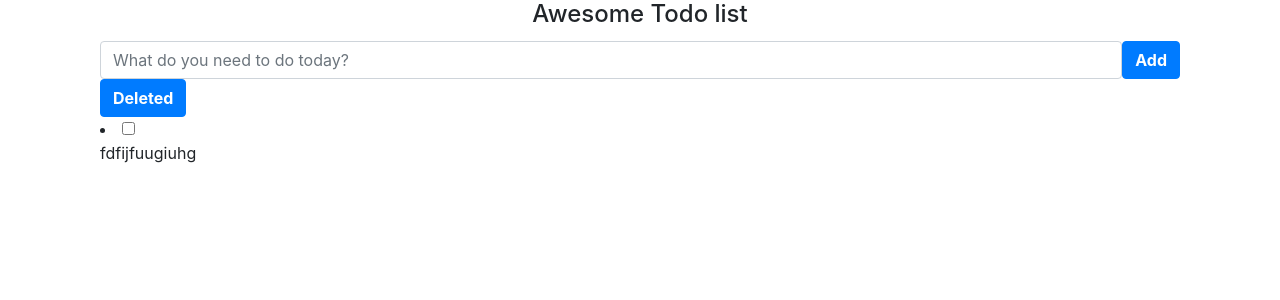
Repository: alohamylight/todolist
Page: index.html
These files come from the project's save history. The page is drawn as it stood at one moment and after the next save; the edit follows.
The browser window is 1280 px wide. The pictures show the whole page.
Some web libraries are served in a nearby version.

Above is the page before, as saved 2021-05-28 12:03:04.

### index.html
<!DOCTYPE html>
<html lang="ru">
 <head>
<meta charset="utf-8">
<meta name="viewport" content="width=device-width, initial-scale=1, shrink-to-fit=no">
<!-- Bootstrap CSS -->
<link rel="stylesheet" href="https://maxcdn.bootstrapcdn.com/bootstrap/4.0.0/css/bootstrap.min.css" integrity="sha384-Gn5384xqQ1aoWXA+058RXPxPg6fy4IWvTNh0E263XmFcJlSAwiGgFAW/dAiS6JXm" crossorigin="anonymous">
 </head>
 <body>
        <div class="container">
            <div class="col-md-auto" id="todo_list">
                        <h4 class="card-title text-center">Awesome Todo list</h4>
                        <div class="add-items d-flex" id="create_new_todo">
                            <input type="text" class="form-control todo-list-input" id="message" placeholder="What do you need to do today?">
                            <button class="add btn btn-primary font-weight-bold todo-list-add-btn" id="add">Add</button>
                        </div id="wrapper">
                        <button class="add btn btn-primary font-weight-bold todo-list-add-btn" onclick="dell(event)" class="del">Deleted</button>
                        <ul class="list-group" id= "todo">
                        </ul>

                        <li>
                            <input type="checkbox">
                            <p>fdfijfuugiuhg</p>
                            <span></span>
                        </li>
            </div>
        </div>
        </div>


<script src="https://code.jquery.com/jquery-3.2.1.slim.min.js" integrity="sha384-KJ3o2DKtIkvYIK3UENzmM7KCkRr/rE9/Qpg6aAZGJwFDMVNA/GpGFF93hXpG5KkN" crossorigin="anonymous"></script>
<script src="https://cdnjs.cloudflare.com/ajax/libs/popper.js/1.12.9/umd/popper.min.js" integrity="sha384-ApNbgh9B+Y1QKtv3Rn7W3mgPxhU9K/ScQsAP7hUibX39j7fakFPskvXusvfa0b4Q" crossorigin="anonymous"></script>
<script src="https://maxcdn.bootstrapcdn.com/bootstrap/4.0.0/js/bootstrap.min.js" integrity="sha384-JZR6Spejh4U02d8jOt6vLEHfe/JQGiRRSQQxSfFWpi1MquVdAyjUar5+76PVCmYl" crossorigin="anonymous"></script>
<!-- Подключаем jQuery -->
<script src="https://cdnjs.cloudflare.com/ajax/libs/jquery/2.1.3/jquery.min.js">
</script>
<script src="example.js"></script>
 </body>
</html>

### example.js
let AddTaskBtn = $("#add");
let DeskTaskInput = $("#message");
let todo = $("#todo");
i=-1;
let chbox;

let TodoList = [];
  function func() {
  let newTodo = {
  todo: DeskTaskInput.val(),
  checked:true,
  };

  TodoList.push(newTodo);
  i++;
  console.log(TodoList);
  $('#todo').append("<li><input id='lishka' type='checkbox' checked>" + DeskTaskInput.val()+"</li>");
  console.log(TodoList[i]);
}
$('#add').on('click', function() {
  func();
});

$(document).on('keydown',function(e) {
  if(e.which == 13) {
 func();
}
});

$('li').on('click', function (event) {
  console.log(event.target);
});


/*function dell(event){
chbox=document.getElementById('lishka');
console.log(event.target);
if (chbox.checked) {
  TodoList.splice(i,0)
}
else{}
} */

/*function dell(){
  if (TodoList[i]= checked)
    {TodoList.splice(i,0)}
    else {}

}*/
/*() {if TodoList[i] == checked {}
if (DeskTaskInput=checked) {$('#test').prop('disabled', true);}*/

After the next save:
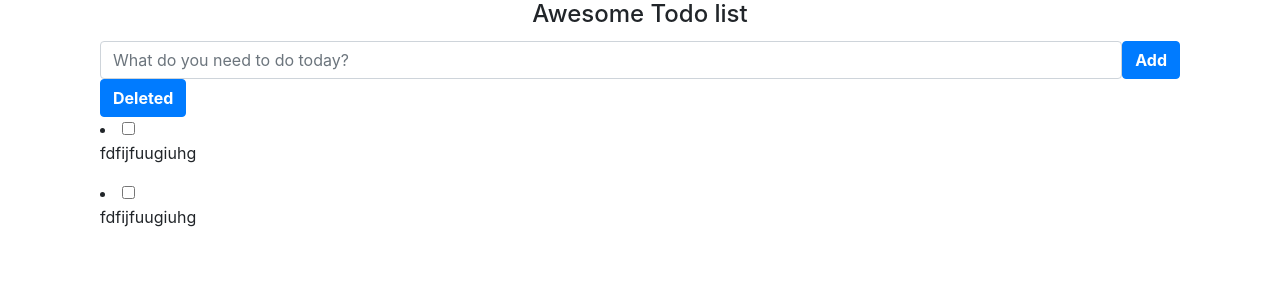
Saved 9 min 42 s later.
--- a/index.html
+++ b/index.html
@@ -23,6 +23,11 @@
                             <p>fdfijfuugiuhg</p>
                             <span></span>
                         </li>
+                        <li>
+                            <input type="checkbox">
+                            <p>fdfijfuugiuhg</p>
+                            <span></span>
+                        </li>
             </div>
         </div>
         </div>
